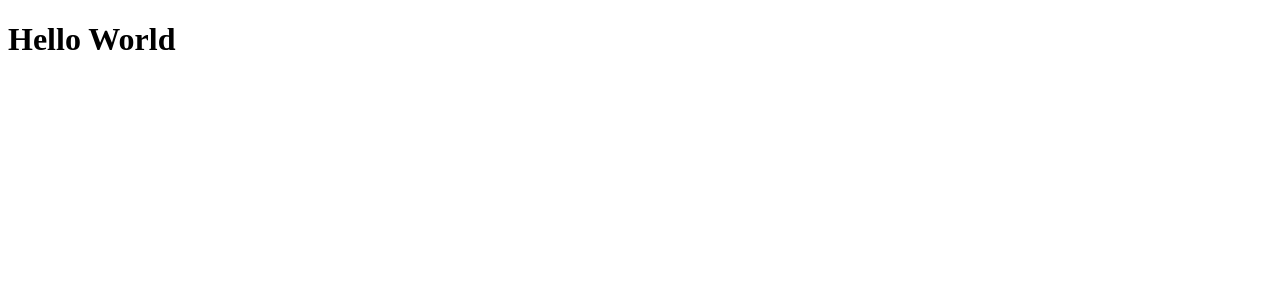
Repository: syou4672/wasd
Page: index.html
The author's editor kept a record of every edit. The page is drawn from the files as they stood at one moment, then again after the next edit.
The browser window is 1280 px wide. The pictures show the whole page.

Above is the page before.

### index.html
<!DOCTYPE html>
<html.lang="ja">
    <head>
    <meta charaset="utf-8">
    <title>ポートフォリオサイト</title>




    </head>



</html>


<h1>Hello World</h1>

After the next edit:
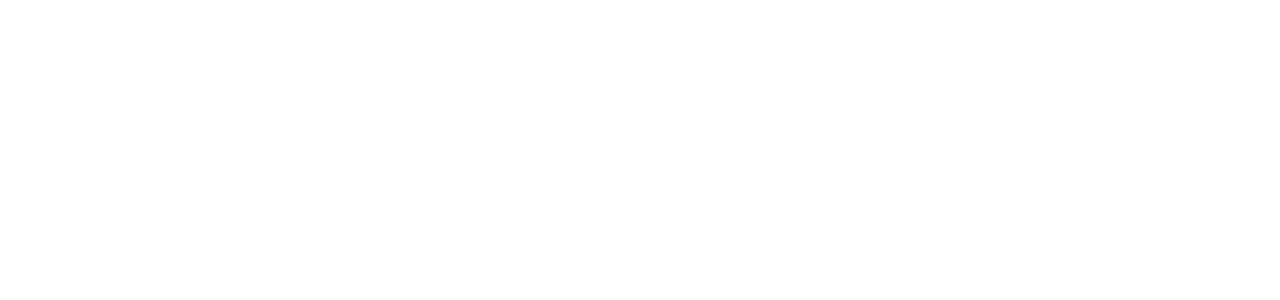
The edit:
--- a/index.html
+++ b/index.html
@@ -3,15 +3,8 @@
     <head>
     <meta charaset="utf-8">
     <title>ポートフォリオサイト</title>
+    </head>
+</html>
+<body>
 
-
-
-
-    </head>
-
-
-
-</html>
-
-
-<h1>Hello World</h1>
+</body>

After the edit that followed:
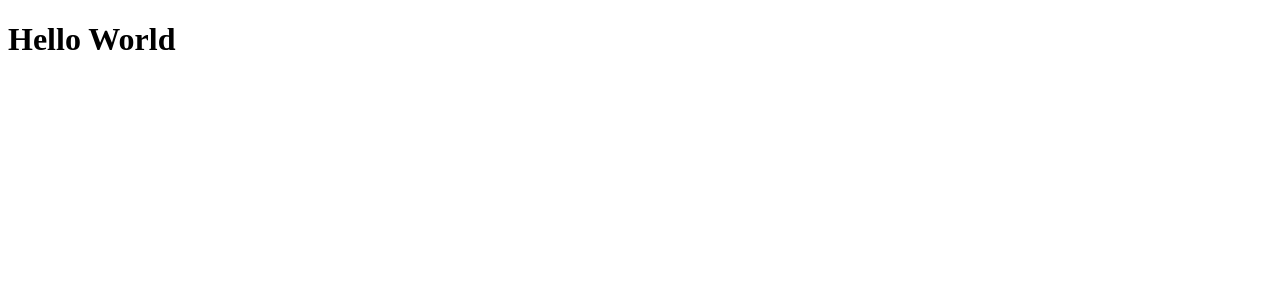
The edit:
--- a/index.html
+++ b/index.html
@@ -6,5 +6,5 @@
     </head>
 </html>
 <body>
-
+ <h1>Hello World</h1>
 </body>
